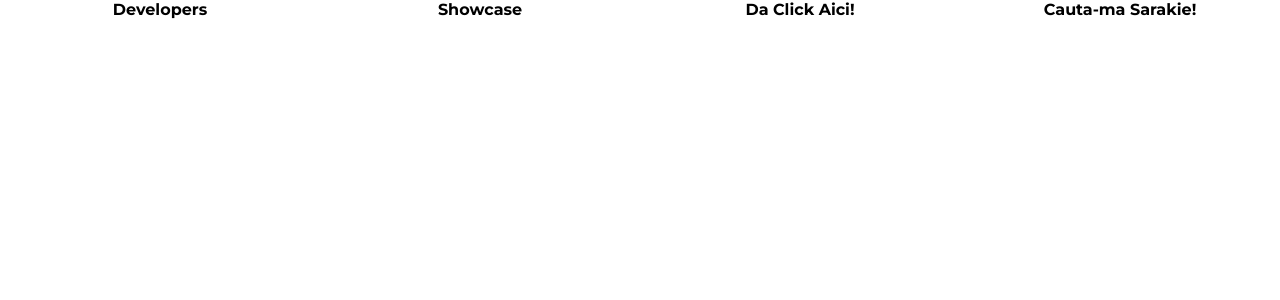
Repository: xtremer15/Css-JS
Page: Css-JS/JS and CSS Study/JS/basics-01-starting-project/assets/scripts/test/test-2.index.html
An editor plug-in stored every save of this project. The page is shown before and after a run of saves, followed by the edit.
The browser window is 1280 px wide. The pictures show the whole page.

Above is the page before, as saved 2020-02-28 14:20:41.

### Css-JS/JS and CSS Study/JS/basics-01-starting-project/assets/scripts/test/test-2.index.html
<!DOCTYPE html>
<html lang="en">

<head>
    <meta charset="UTF-8">
    <meta name="viewport" content="width=device-width, initial-scale=1.0">
    <link rel="stylesheet" type="text/css" href="./test-2.css">
    <link href="https://fonts.googleapis.com/css?family=Montserrat:400,700&display=swap" rel="stylesheet">
    <title>Document</title>
</head>
<body>

    <div id="content"></div>

    <script src="test-2.js"></script>

</body>

</html>

### Css-JS/JS and CSS Study/JS/basics-01-starting-project/assets/scripts/test/test-2.css
* {
  padding: 0;
  margin: 0;
  font-family: "Montserrat";
  font-weight: bold;
}

#content {
  display: flex;
  width: 100%;
  height: 30px;
}

.items {
  display: flex;
  flex-direction: row;
  text-decoration: none;
  list-style: none;
  width: inherit;
  text-align: center;
}

.item {
  flex: 1;
}

### Css-JS/JS and CSS Study/JS/basics-01-starting-project/assets/scripts/test/test-2.js
const MENU = [
  {
    title: "Developers",
    options: [
      {
        url: "http://teapa.com",
        opt: ["1", "2", "3"]
      },
      {
        url: "pamantul.e.plat.co.uk",
        opt: ["4", "5", "6"]
      }
    ]
  },
  {
    title: "Showcase",
    options: [
      {
        url: "bmw.ul.areSemnalizare.uk",
        opt: ["a", "b", "c"]
      },
      {
        url: "bmw.ul.NuareSemnalizare.uk",
        opt: ["d", "e", "f"]
      }
    ]
  },
  {
    title: "Da Click Aici!",
    options: [
      {
        url: "Trebe Bani pt asa ceva boss!",
        opt: ["Nu", "sunt", "bani"]
      },
      {
        url: "tupac.e.alive.onion",
        opt: ["$", "Boss", "$"]
      }
    ]
  },
  {
    title: "Cauta-ma Sarakie!",
    options: [
      {
        url: "Telefonul Sarakiei!",
        opt: ["0", "a", "c"]
      },
      {
        url: "mail.pt.sarakie.gold",
        opt: ["1a", "2b", "3c"]
      }
    ]
  }
];

//Empty variables
const elemToAppend = document.querySelector('#content');
console.log(elemToAppend);
let strTitle = "";
let strOption = "";

// Ul creation
const ul = document.createElement("ul");
ul.setAttribute("class", "items");
console.log(ul);

for (let i = 0; i < MENU.length; i++) {
  const li = document.createElement("li");
  li.setAttribute("class", "item");
  strTitle = MENU[i].title;
  console.log(strTitle);
  li.appendChild(document.createTextNode(strTitle));
  ul.appendChild(li);
  for (let j = 0; j < MENU[i].options.length; j++) {
      const a = document.createElement("a");
      a.setAttribute("class","link");

  }
}

elemToAppend.appendChild(ul);

After the next 2 saves:
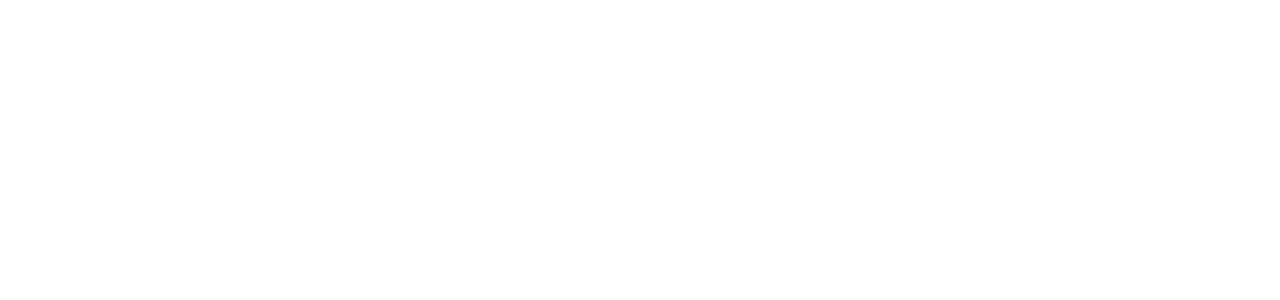
Console error: ReferenceError: Me is not defined
The 2 saves are shown as one change because they came seconds apart.
The last was saved 14 s later.
--- a/Css-JS/JS and CSS Study/JS/basics-01-starting-project/assets/scripts/test/test-2.js
+++ b/Css-JS/JS and CSS Study/JS/basics-01-starting-project/assets/scripts/test/test-2.js
@@ -74,7 +74,7 @@
   for (let j = 0; j < MENU[i].options.length; j++) {
       const a = document.createElement("a");
       a.setAttribute("class","link");
-
+      strOption = Me
   }
 }
 

After the 5 saves that followed:
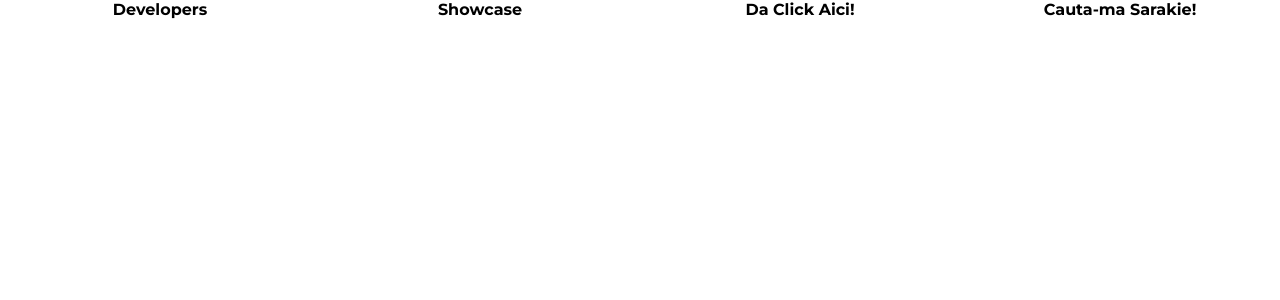
The error is gone.
The 5 saves are shown as one change because they came seconds apart.
The last was saved 11 s later.
--- a/Css-JS/JS and CSS Study/JS/basics-01-starting-project/assets/scripts/test/test-2.js
+++ b/Css-JS/JS and CSS Study/JS/basics-01-starting-project/assets/scripts/test/test-2.js
@@ -54,7 +54,7 @@
 ];
 
 //Empty variables
-const elemToAppend = document.querySelector('#content');
+const elemToAppend = document.querySelector("#content");
 console.log(elemToAppend);
 let strTitle = "";
 let strOption = "";
@@ -72,9 +72,9 @@
   li.appendChild(document.createTextNode(strTitle));
   ul.appendChild(li);
   for (let j = 0; j < MENU[i].options.length; j++) {
-      const a = document.createElement("a");
-      a.setAttribute("class","link");
-      strOption = Me
+    const a = document.createElement("a");
+    a.setAttribute("class", "link");
+    strOption = MENU[i].options[j];
   }
 }
 
